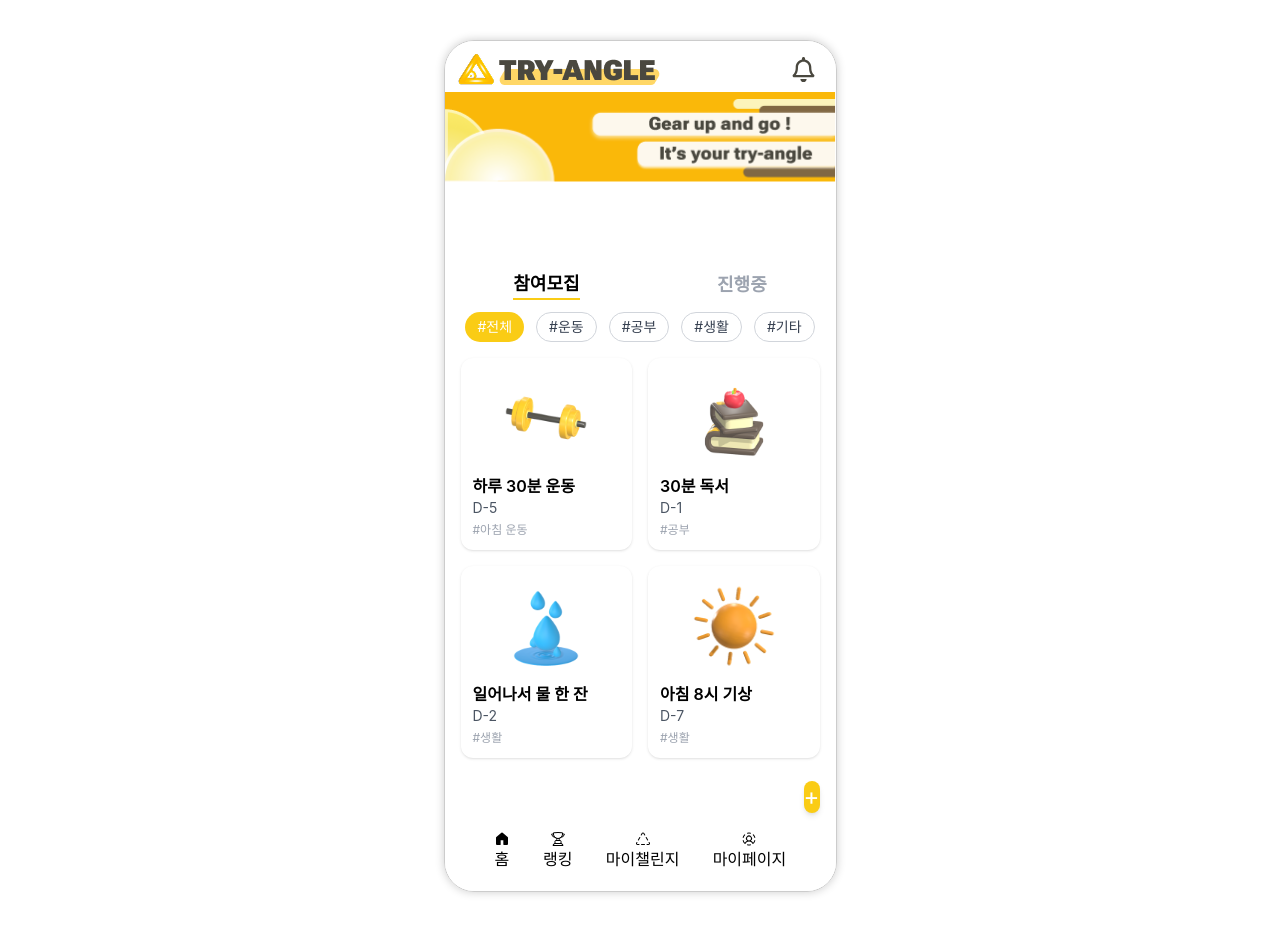
Repository: gusdk19/TryAngle-FE
Page: /
An editor plug-in stored every save of this project. The page is shown before and after the next save, followed by the edit.
The browser window is 1280 px wide. The pictures show the whole page.
The project was rebuilt for these pictures with package versions that can differ from the ones it lists, and the page was loaded fresh each time. Also part of the build but not shown: src/App.css.

Above is the page before, as saved 2025-04-30 23:09:03.

After the next save:
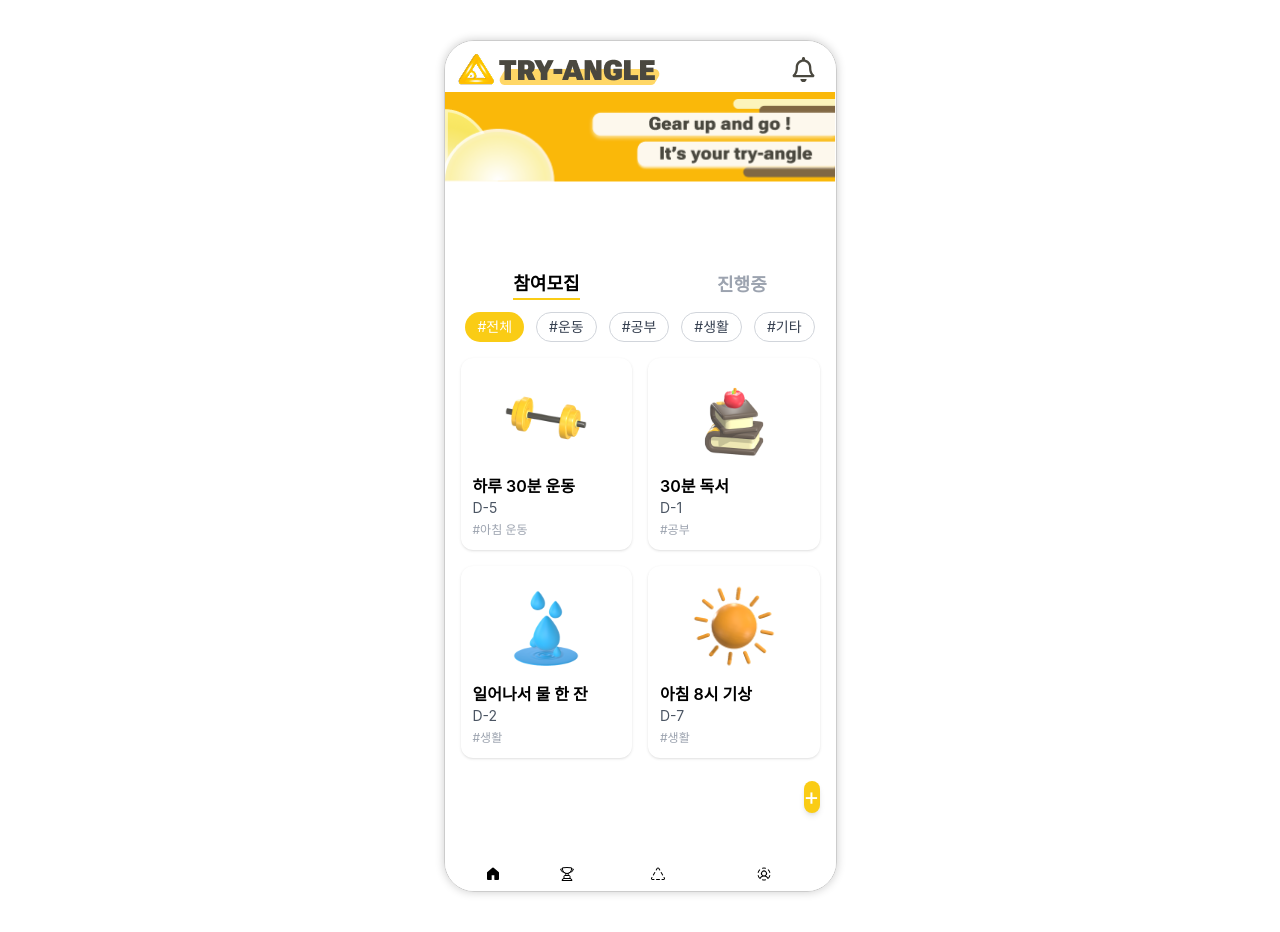
Saved 48 s later.
--- a/src/components/Footer.js
+++ b/src/components/Footer.js
@@ -32,15 +32,15 @@ export default function Footer({ page }) {
   ];
 
   return(
-    <footer className="absolute w-full h-[70px] bottom-0 left-0 bg-white px-4 pt-2">
-      <div className="flex justify-evenly items-start">
-        {navigationItems.map((item, index) => (
-          <div key={index} className="flex flex-col items-center cursor-pointer" onClick={()=>{navigate(item.route);}}>
-            {item.icon}
-            {item.label}
-          </div>
-        ))}
+    <footer className="w-full h-[70px] bg-white px-4 pt-2">
+  <div className="flex justify-between items-center px-6">
+    {navigationItems.map((item, index) => (
+      <div key={index} className="flex flex-col items-center cursor-pointer" onClick={() => navigate(item.route)}>
+        <div className="w-6 h-6">{item.icon}</div>
+        <span className="text-xs mt-1">{item.label}</span>
       </div>
-    </footer>
+    ))}
+  </div>
+</footer>
 );
 }
